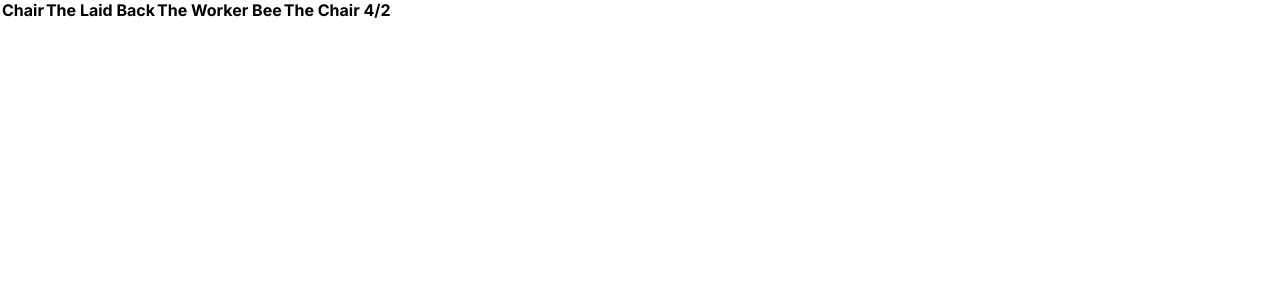
Repository: Ahmed123rezk123/06-Components
Page: table.html
An editor plug-in stored every save of this project. The page is shown before and after the next save, followed by the edit.
The browser window is 1280 px wide. The pictures show the whole page.

Above is the page before, as saved 2024-09-16 09:21:09.

After the next save:
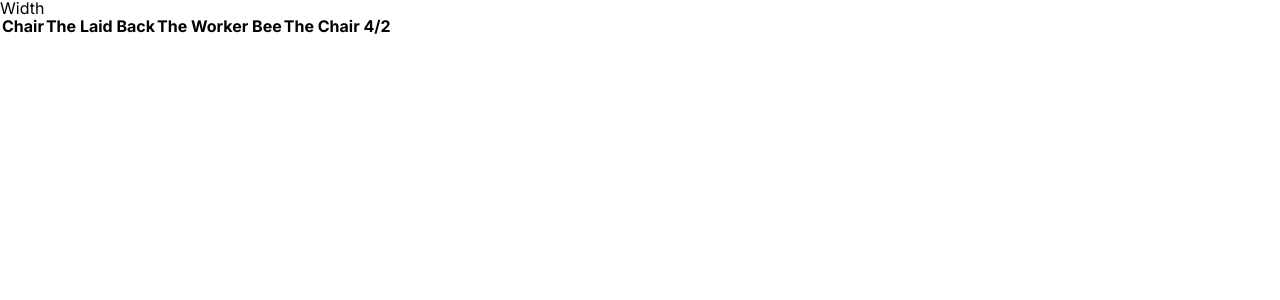
Saved 12 s later.
--- a/table.html
+++ b/table.html
@@ -33,7 +33,9 @@
         <th>The Chair 4/2</th>
       </thead>
       <tbody>
-        <tr></tr>
+        <tr>
+          Width
+        </tr>
         <tr></tr>
         <tr></tr>
         <tr></tr>

After the save that followed:
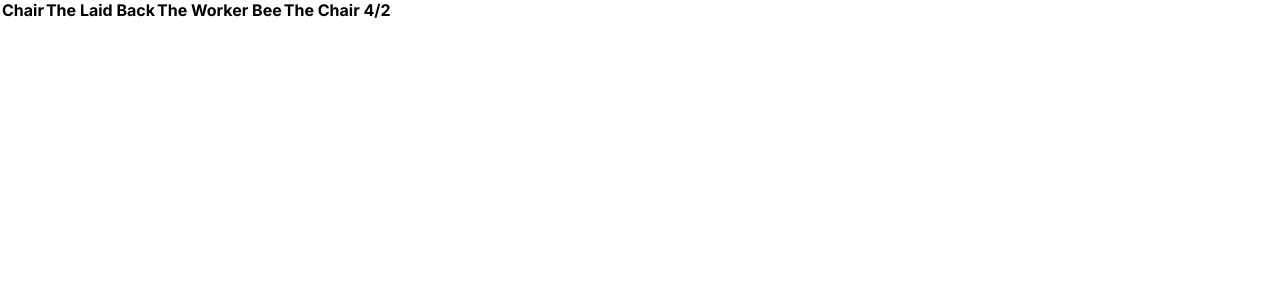
Saved 93 s later.
--- a/table.html
+++ b/table.html
@@ -34,7 +34,7 @@
       </thead>
       <tbody>
         <tr>
-          Width
+          <td></td>
         </tr>
         <tr></tr>
         <tr></tr>
